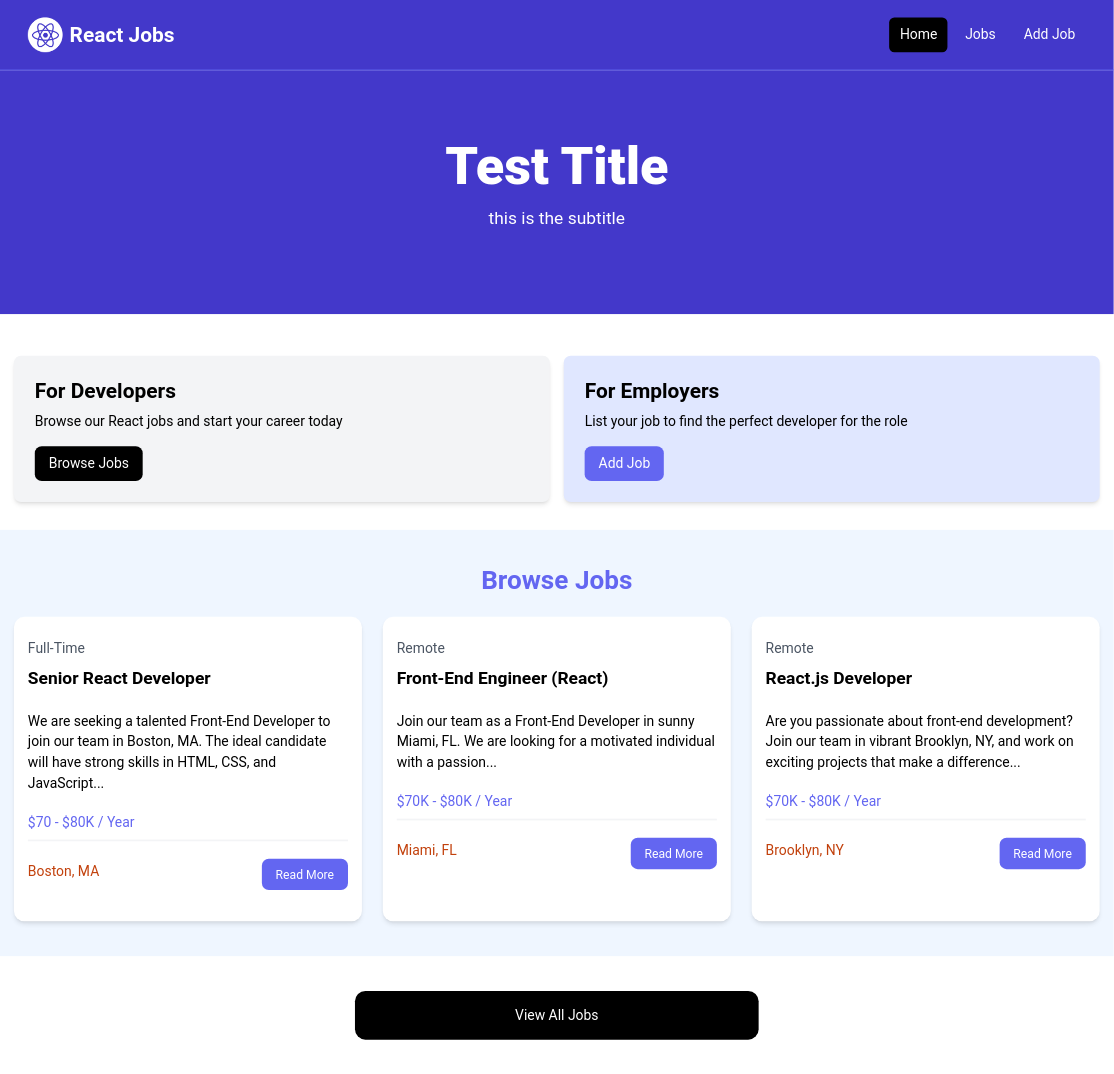
Repository: Geohot-2020/React_setup
Page: / (app in react-crash-2024/)
An editor plug-in stored every save of this project. The page is shown before and after a run of saves, followed by the edit.
The browser window is 1280 px wide. The pictures show the whole page, at 87% of full size.
The project was rebuilt for these pictures with package versions that can differ from the ones it lists, and the page was loaded fresh each time. Also part of the build but not shown: react-crash-2024/vite.config.js.

Above is the page before, as saved 2024-11-13 15:22:31.

After the next 2 saves:
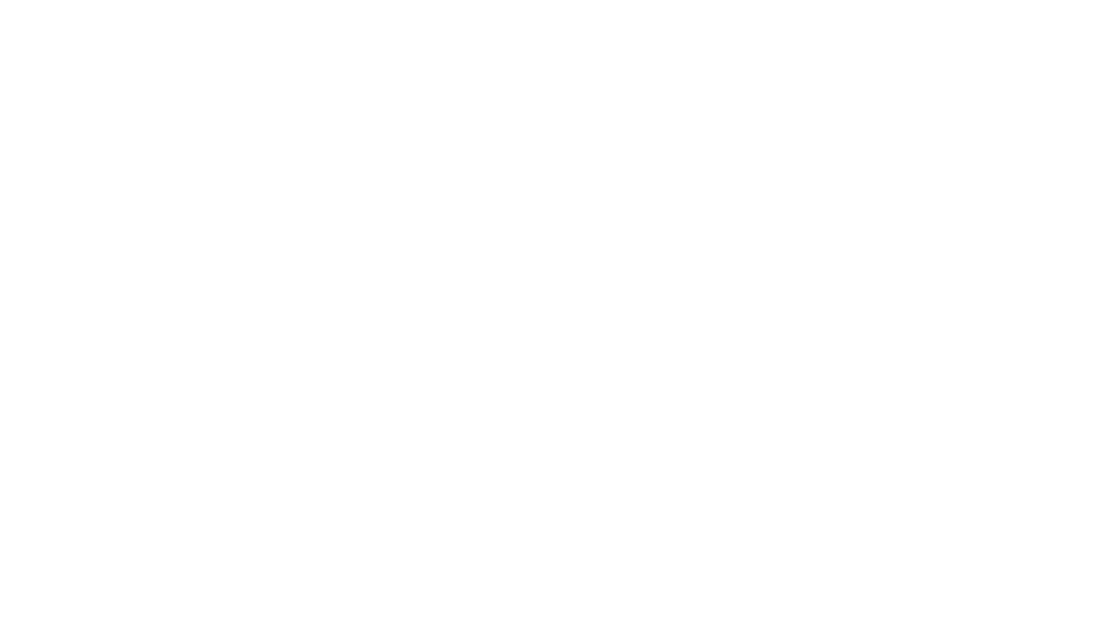
Console error: ReferenceError: props is not defined
The 2 saves are shown as one change because they came seconds apart.
The last was saved 44 s later.
--- a/react-crash-2024/src/components/Hero.jsx
+++ b/react-crash-2024/src/components/Hero.jsx
@@ -1,6 +1,6 @@
 import React from 'react'
 
-const Hero = (props) => {
+const Hero = ({title, subtitle}) => {
     return (
         <section className="bg-indigo-700 py-20 mb-4">
             <div

After the 2 saves that followed:
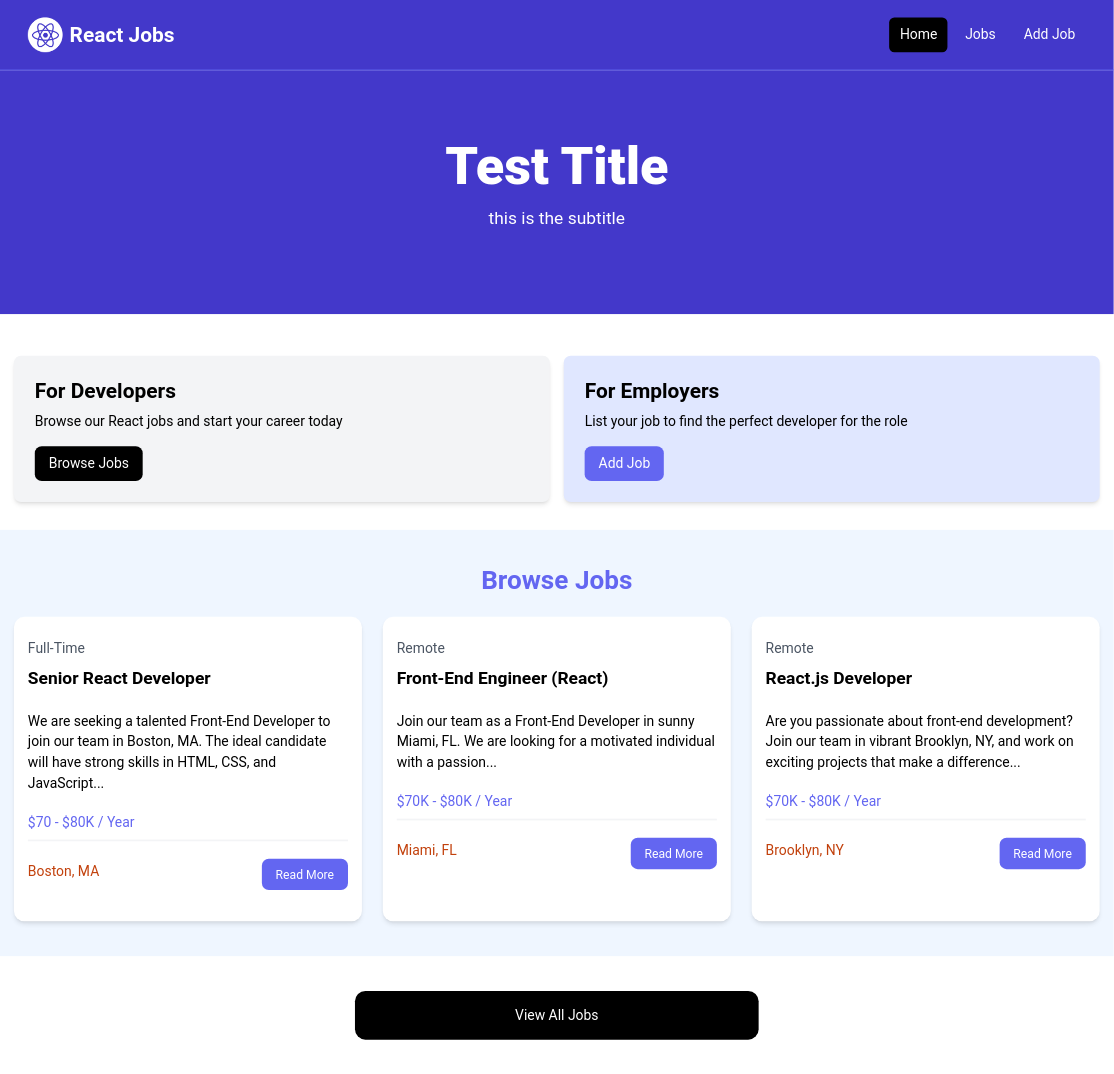
The error is gone.
The 2 saves are shown as one change because they came seconds apart.
The last was saved 8 s later.
--- a/react-crash-2024/src/components/Hero.jsx
+++ b/react-crash-2024/src/components/Hero.jsx
@@ -10,10 +10,10 @@ const Hero = (props) => {
                     <h1
                         className="text-4xl font-extrabold text-white sm:text-5xl md:text-6xl"
                     >
-                        {props.title}
+                        {title}
                     </h1>
                     <p className="my-4 text-xl text-white">
-                        {props.subtitle}
+                        {subtitle}
                     </p>
                 </div>
             </div>
